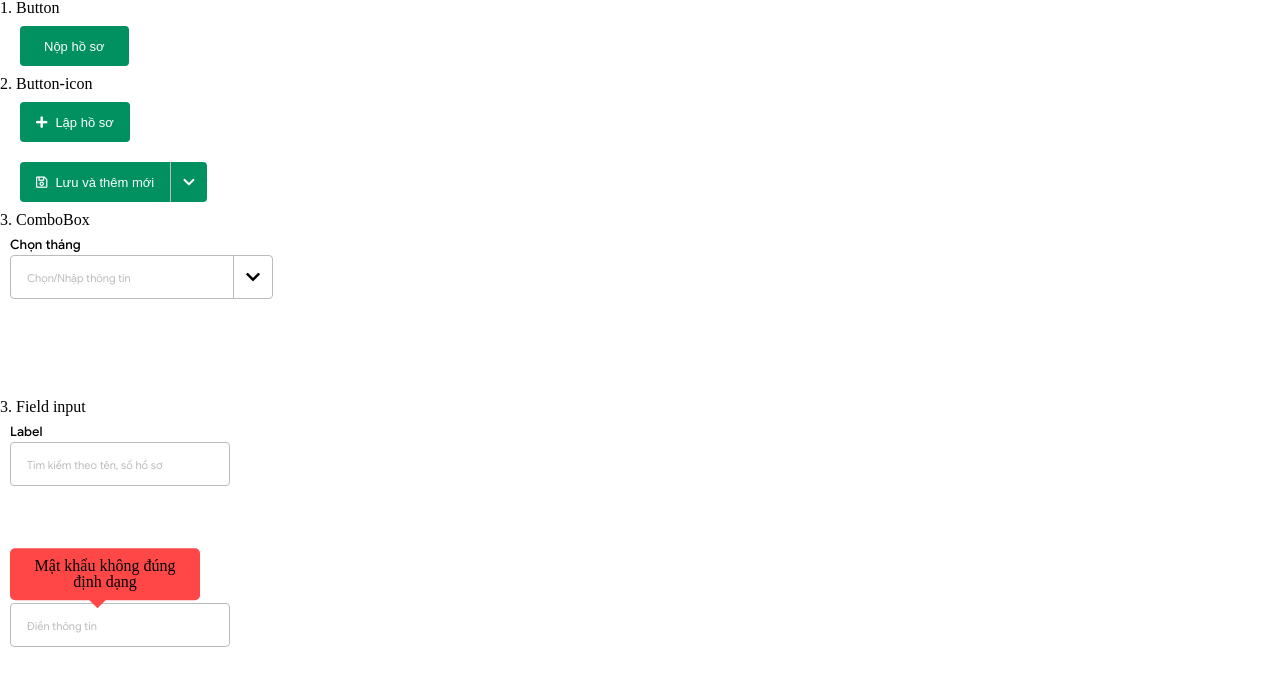
Repository: DAOVANLOI2K1/cukcuk_employeeGrid
Page: Page/index.html
These files come from the project's save history. The page is drawn as it stood at one moment and after a run of saves; the edit follows.
The browser window is 1280 px wide. The pictures show the whole page.

Above is the page before, as saved 2022-06-28 09:57:30.

After the next 2 saves:
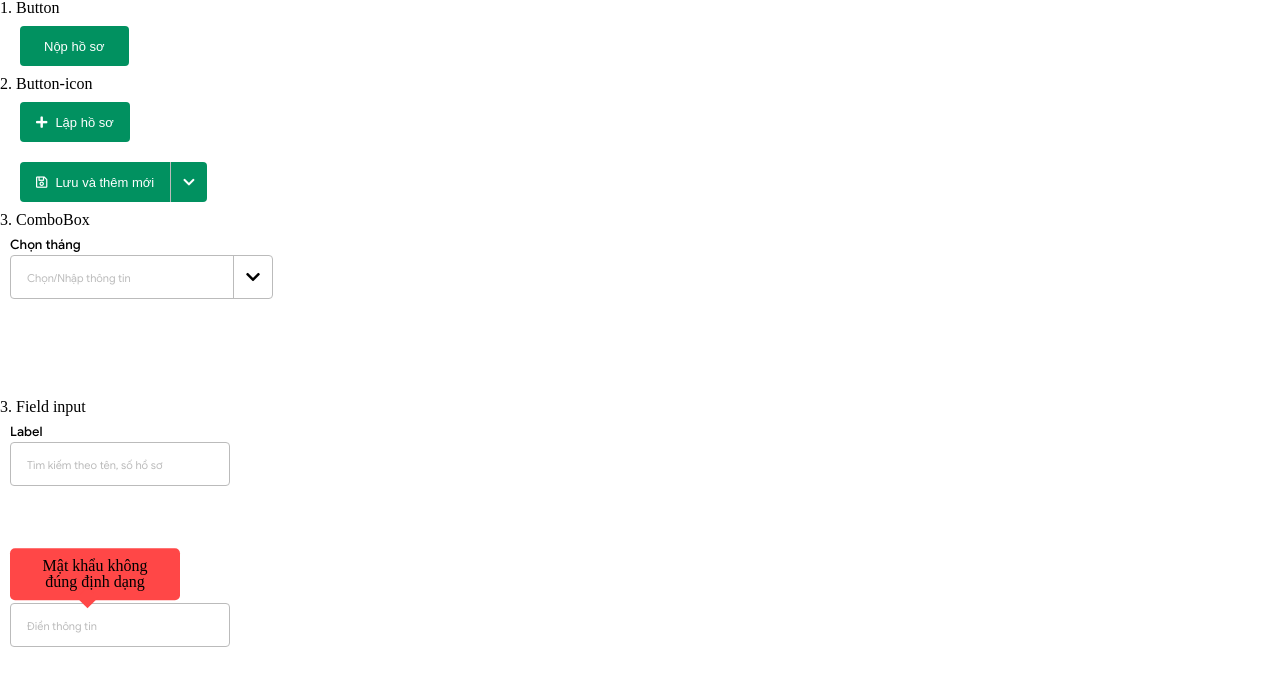
The 2 saves are shown as one change because they came seconds apart.
The last was saved 23 s later.
--- a/css/common/fieldInput.css
+++ b/css/common/fieldInput.css
@@ -1,5 +1,5 @@
 .error_box {
-    width: 150px;
+    width: 130px;
     padding: 10px 20px;
     background-color: #ff4747;
     text-align: center;
